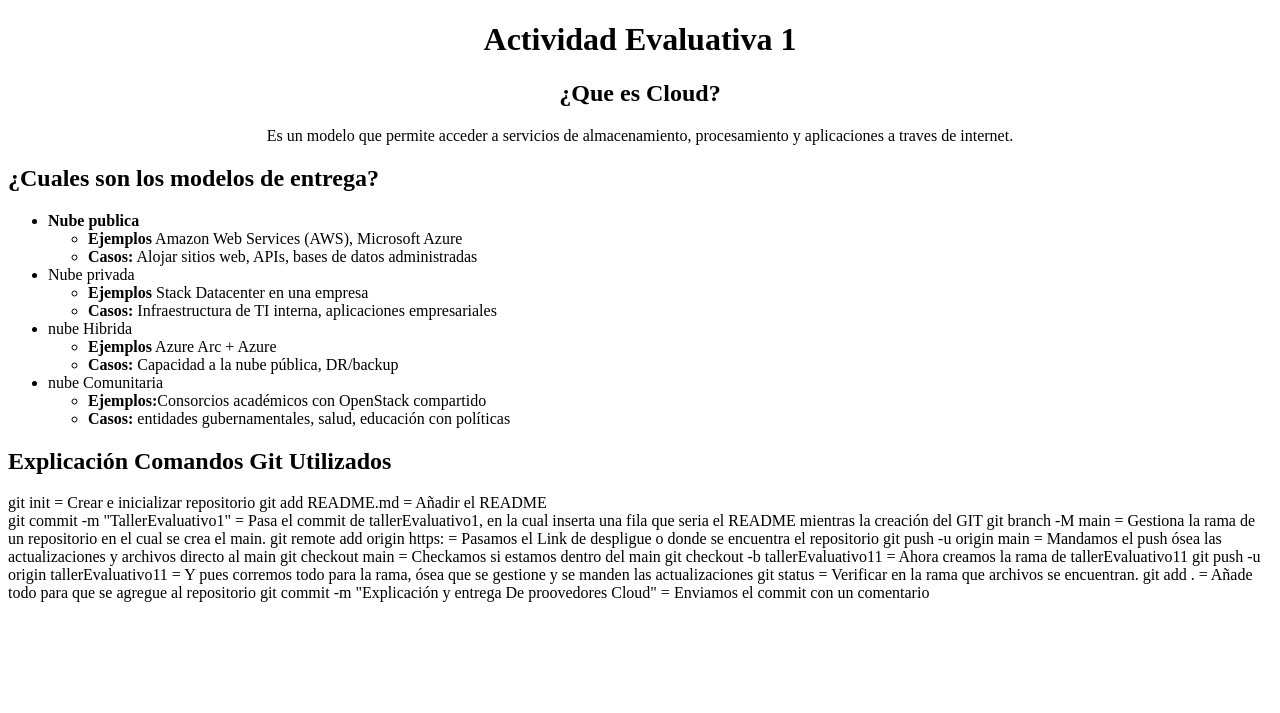
Repository: Laura-Oliveros/Actividad-Evaluativa-1
Page: LauSebas.html
These files come from the project's save history. The page is drawn as it stood at one moment and after a run of saves; the edit follows.
The browser window is 1280 px wide. The pictures show the whole page.

Above is the page before, as saved 2025-09-04 19:42:06.

After the next 4 saves:
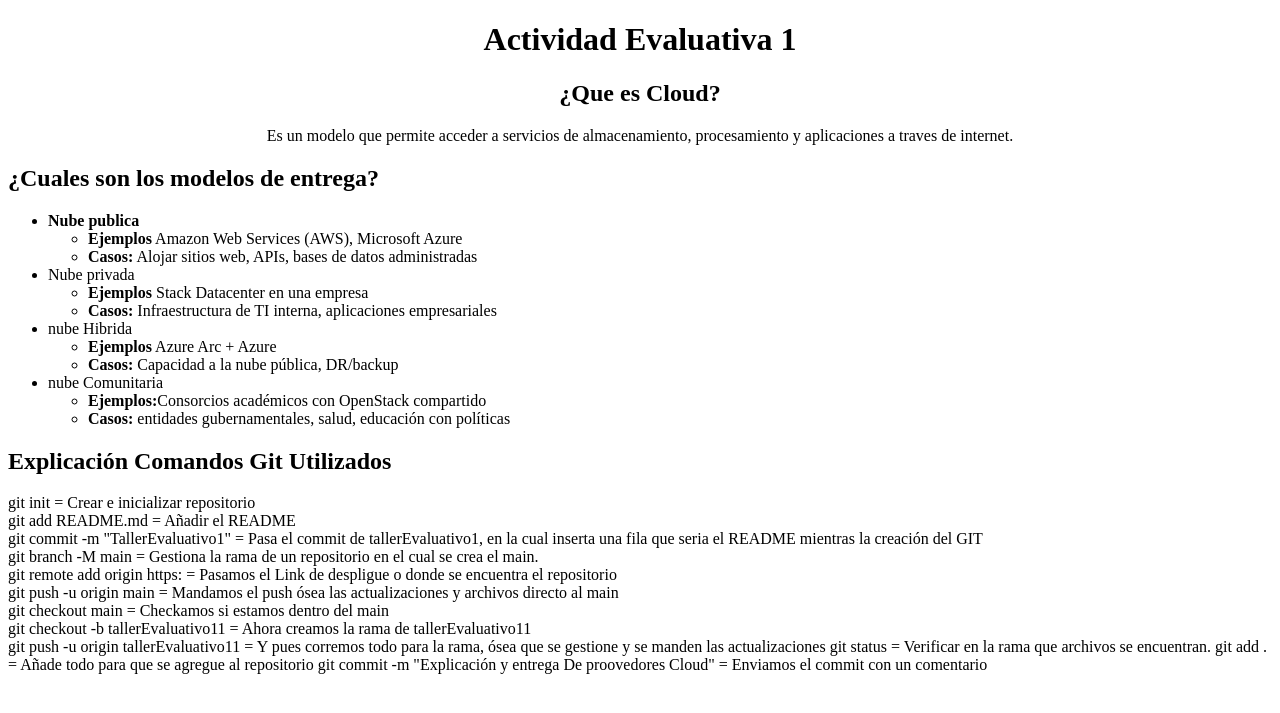
The 4 saves are shown as one change because they came seconds apart.
The last was saved 27 s later.
--- a/LauSebas.html
+++ b/LauSebas.html
@@ -43,14 +43,14 @@
 
     <div class="contenedor" style="text-align: left;">
         <h2>Explicación Comandos Git Utilizados</h2>
-        <p>git init = Crear e inicializar repositorio
+        <p>git init = Crear e inicializar repositorio <br>
             git add README.md = Añadir el README <br>
-            git commit -m "TallerEvaluativo1" = Pasa el commit de tallerEvaluativo1, en la cual inserta una fila que seria el README mientras la creación del GIT
-            git branch -M main = Gestiona la rama de un repositorio en el cual se crea el main.
-            git remote add origin https: = Pasamos el Link de despligue o donde se encuentra el repositorio
-            git push -u origin main = Mandamos el push ósea las actualizaciones y archivos directo al main
-            git checkout main = Checkamos si estamos dentro del main
-            git checkout -b tallerEvaluativo11 = Ahora creamos la rama de tallerEvaluativo11
+            git commit -m "TallerEvaluativo1" = Pasa el commit de tallerEvaluativo1, en la cual inserta una fila que seria el README mientras la creación del GIT<br>
+            git branch -M main = Gestiona la rama de un repositorio en el cual se crea el main.<br>
+            git remote add origin https: = Pasamos el Link de despligue o donde se encuentra el repositorio<br>
+            git push -u origin main = Mandamos el push ósea las actualizaciones y archivos directo al main<br>
+            git checkout main = Checkamos si estamos dentro del main<br>
+            git checkout -b tallerEvaluativo11 = Ahora creamos la rama de tallerEvaluativo11 <br>
             git push -u origin tallerEvaluativo11 = Y pues corremos todo para la rama, ósea que se gestione y se manden las actualizaciones
             git status = Verificar en la rama que archivos se encuentran.
             git add . = Añade todo para que se agregue al repositorio
